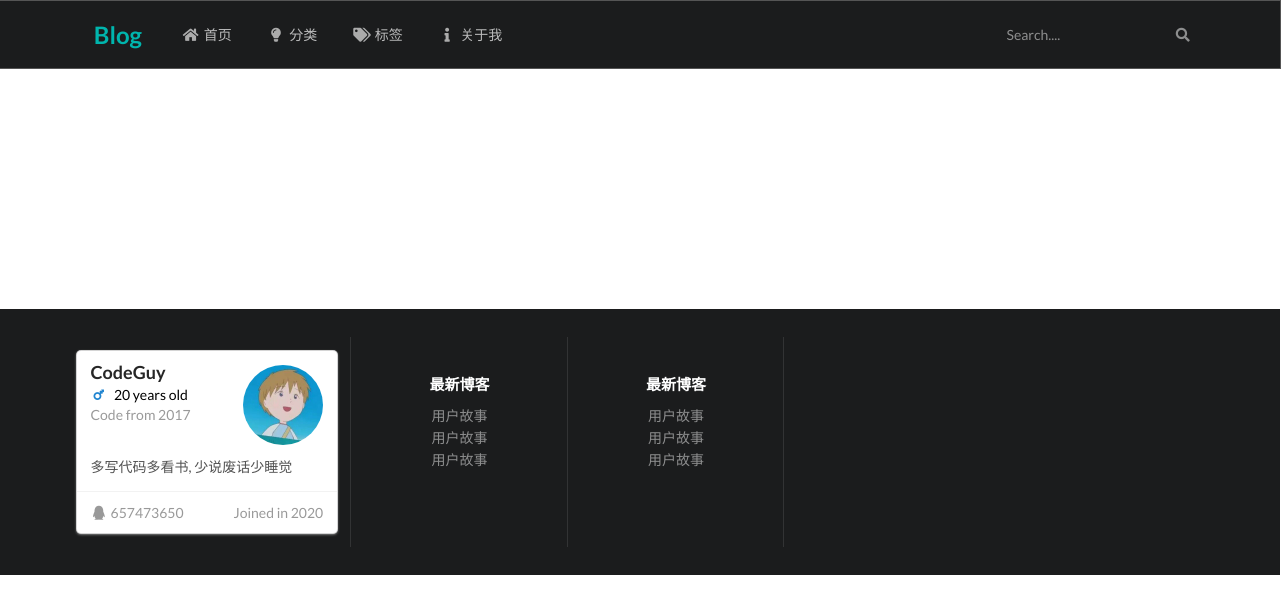
Repository: GOGOHQ/myblog
Page: index.html
These files come from the project's save history. The page is drawn as it stood at one moment and after the next save; the edit follows.
The browser window is 1280 px wide. The page is 1281 px wide, so the pictures cover 1281 px, including what lies to the right of the window. The pictures show the whole page.
Some web libraries are served in a nearby version.

Above is the page before, as saved 2020-01-16 15:56:37.

### index.html
<!DOCTYPE html>
<html lang="en">

<head>
    <meta charset="UTF-8">
    <meta name="viewport" content="width=device-width, inital-scale=1.0">
    <title>首页</title>
    <link rel="stylesheet" href="static/css/me.css">
    <link rel="stylesheet" href="https://cdn.jsdelivr.net/semantic-ui/2.2.4/semantic.min.css">
    <script src="https://cdn.jsdelivr.net/npm/jquery@3.2/dist/jqurey.min.js"></script>
    <script src="https://cdn.jsdelivr.net/semantic-ui/2.2.4/semantic.min.js"></script>
</head>

<body>
<!-- 导航 -->
<nav class="ui inverted  attached  segment m-padded-tb-mini">
    <div class="ui container">
        <div class="ui secondary inverted menu">
            <h2 class="ui teal header item">Blog</h2>
            <a href="#" class="item"><i class="home icon"></i>首页</a>
            <a href="#" class="item"><i class="idea icon"></i>分类</a>
            <a href="#" class="item"><i class="tags icon"></i>标签</a>
            <a href="#" class="item"><i class="info icon"></i>关于我</a>
            <div class="right item">
                <div class="ui icon  inverted transparent input">
                    <input type="text" placeholder="Search....">
                    <i class="search link icon"></i>
                </div>
            </div>
        </div>
    </div>
</nav>
<!-- 内容 -->
<div>
    <br> <br> <br> <br> <br> <br> <br> <br> <br> <br> <br> <br>
</div>
<!-- 底部 -->
<footer class="ui inverted vertical segment m-padded-tb-massive">
    <div class="ui container">
        <div class="ui inverted divided grid">
            <div class="four wide column aligned">

                <div class="ui card">
                    <div class="content">
                        <img class="right circular floated tiny ui image" src="static/images/avatar.jpg">
                        <div class="header">
                            CodeGuy
                        </div>
                        <div class="meta">
                            <i class="icon blue mars stroke"></i>
                            <text style="color:black;">20 years old</text>
                        </div>
                        <div class="meta">
                            Code from 2017
                        </div>
                        <div class="description">
                            多写代码多看书, 少说废话少睡觉
                        </div>
                    </div>
                    <div class="extra content">
                        <a>
                            <i class="qq icon"></i>657473650
                        </a>
                        <span class="right floated">
                                    Joined in 2020
                                  </span>
                    </div>
                </div>

            </div>
            <div class="center aligned three wide column m-padded-t-middle">
                <h4 class="ui inverted header">最新博客</h4>
                <div class="ui inverted link list">
                    <a href="#" class="item">用户故事</a>
                    <a href="#" class="item">用户故事</a>
                    <a href="#" class="item">用户故事</a>
                </div>
            </div>
            <div class="center aligned three wide column m-padded-t-middle">
                <h4 class="ui inverted header">最新博客</h4>
                <div class="ui inverted link list">
                    <a href="#" class="item">用户故事</a>
                    <a href="#" class="item">用户故事</a>
                    <a href="#" class="item">用户故事</a>
                </div>
            </div>
            <div class="six wide column"></div>
        </div>
    </div>
</footer>
</body>


</html>

### static/css/me.css
.m-padded-tb-mini {
    padding-top: 0.2em !important;
    padding-bottom: 0.2em !important;
}

.m-padded-t-middle {
    padding-top: 40px !important
}

.m-padded-tb-massive {
    padding-top: 3em !important;
    padding-bottom: 3em !important;
}

After the next save:
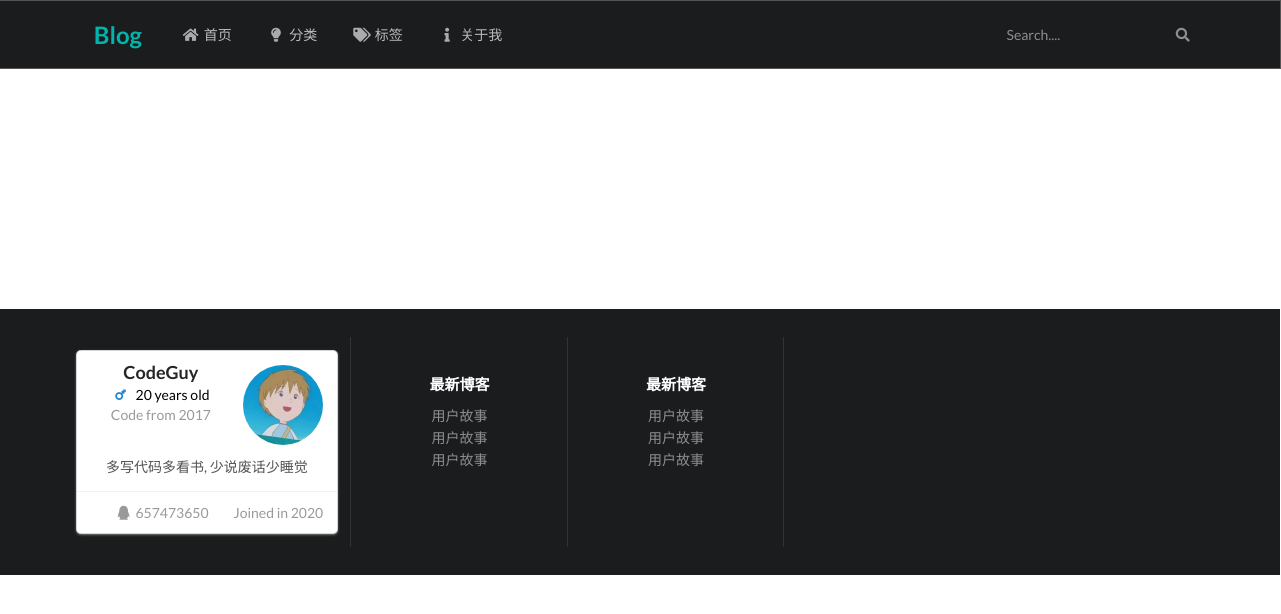
Saved 15 s later.
--- a/index.html
+++ b/index.html
@@ -38,7 +38,7 @@
 <footer class="ui inverted vertical segment m-padded-tb-massive">
     <div class="ui container">
         <div class="ui inverted divided grid">
-            <div class="four wide column aligned">
+            <div class="four wide column aligned" style="text-align: center;">
 
                 <div class="ui card">
                     <div class="content">

After the save that followed:
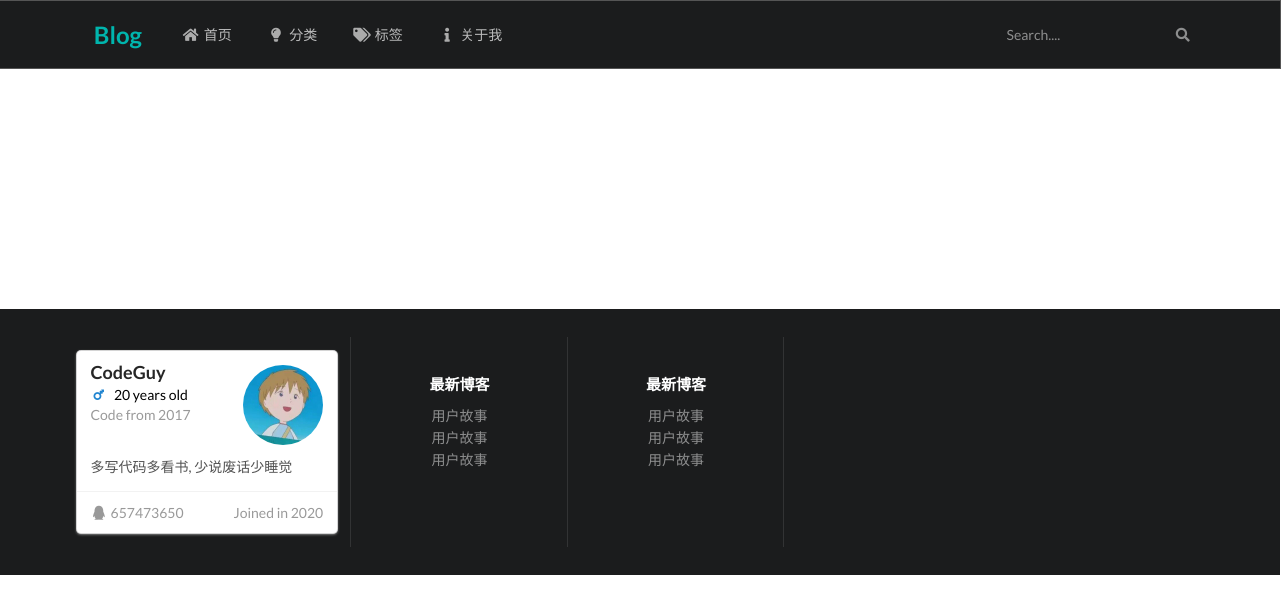
Saved 13 s later.
--- a/index.html
+++ b/index.html
@@ -38,7 +38,7 @@
 <footer class="ui inverted vertical segment m-padded-tb-massive">
     <div class="ui container">
         <div class="ui inverted divided grid">
-            <div class="four wide column aligned" style="text-align: center;">
+            <div class="four wide column ">
 
                 <div class="ui card">
                     <div class="content">
